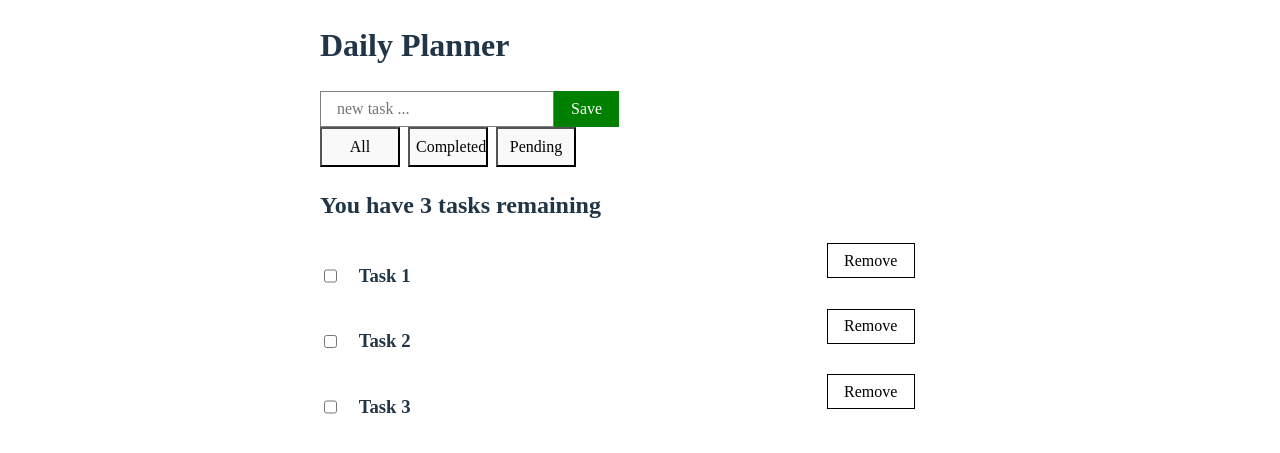
Repository: SamanthaYan298/my_planner
Page: /
An editor plug-in stored every save of this project. The page is shown before and after the next save, followed by the edit.
The browser window is 1280 px wide. The pictures show the whole page.
The project was rebuilt for these pictures with package versions that can differ from the ones it lists, and the page was loaded fresh each time. Also part of the build but not shown: vite.config.js.

Above is the page before, as saved 2024-10-25 00:44:43.

After the next save:
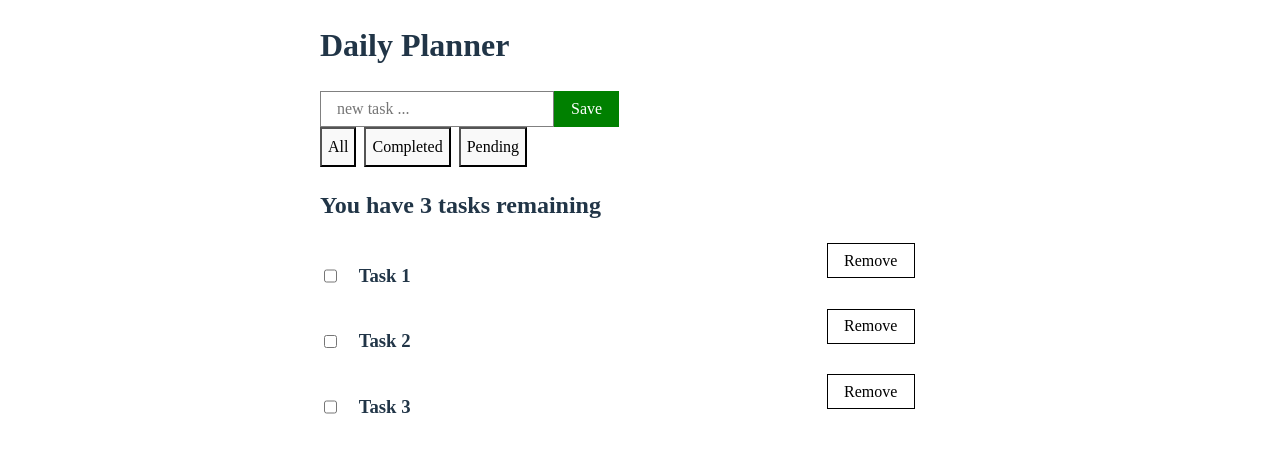
Saved 22 s later.
--- a/src/App.css
+++ b/src/App.css
@@ -61,7 +61,6 @@
 .list-btn-all,
 .list-btn-completed,
 .list-btn-pending {
-  width: 80px;
   height: 40px;
   font-family: "Playfair Display", serif;
   font-size: 1em;

After the save that followed:
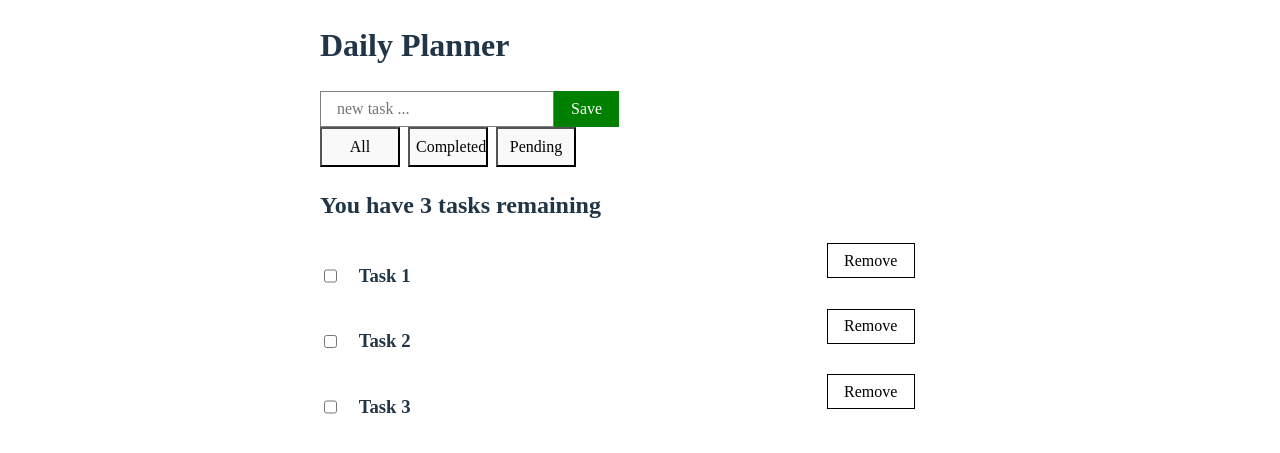
Saved 48 s later.
--- a/src/App.css
+++ b/src/App.css
@@ -65,3 +65,15 @@
   font-family: "Playfair Display", serif;
   font-size: 1em;
 }
+
+.list-btn-all {
+  width: 80px;
+}
+
+.list-btn-completed {
+  width: 80px;
+}
+
+.list-btn-pending {
+  width: 80px;
+}
